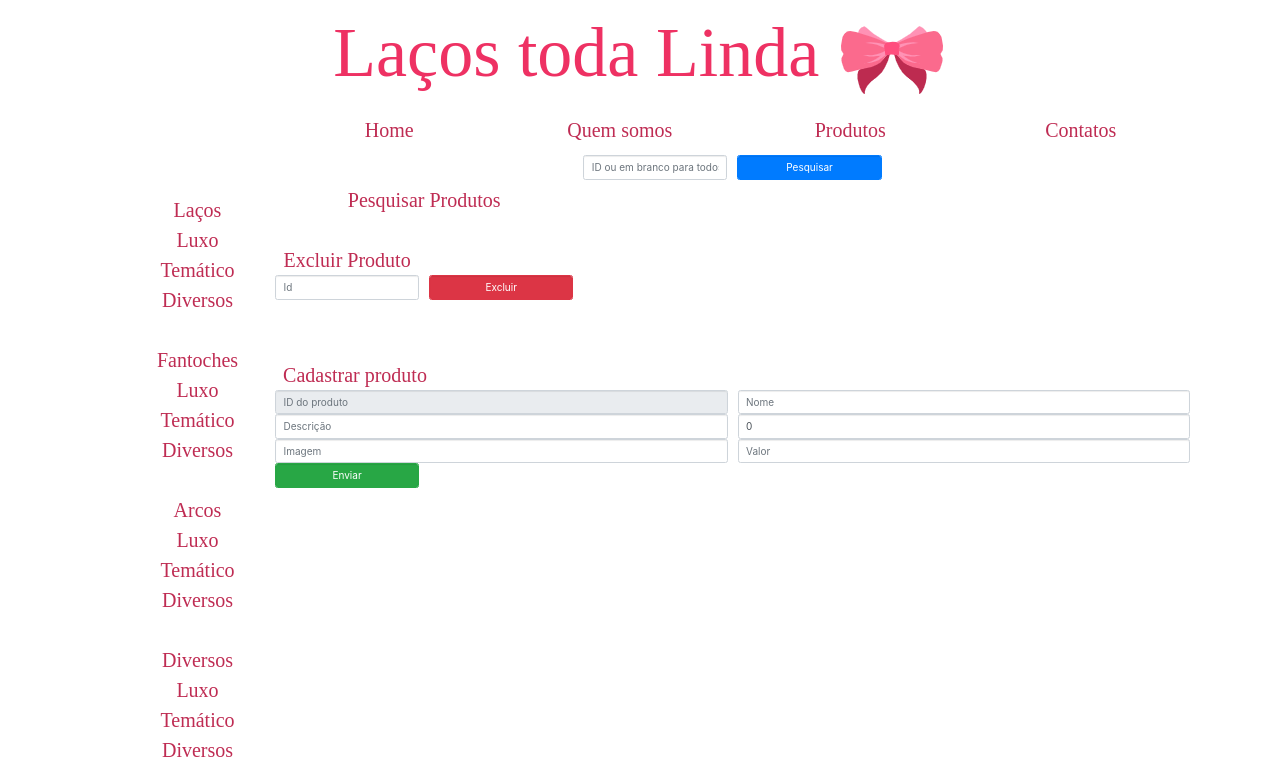
Repository: felipe-camilo/projin2
Page: http://localhost/projetointegrador/admin.jsp
An editor plug-in stored every save of this project. The page is shown before and after the next save, followed by the edit.
The browser window is 1280 px wide. The pictures show the whole page.
Some web fonts or font styles are not loaded; a fallback is used. The page is served by Tomcat 9.

Above is the page before, as saved 2022-03-30 01:48:54.

After the next save:
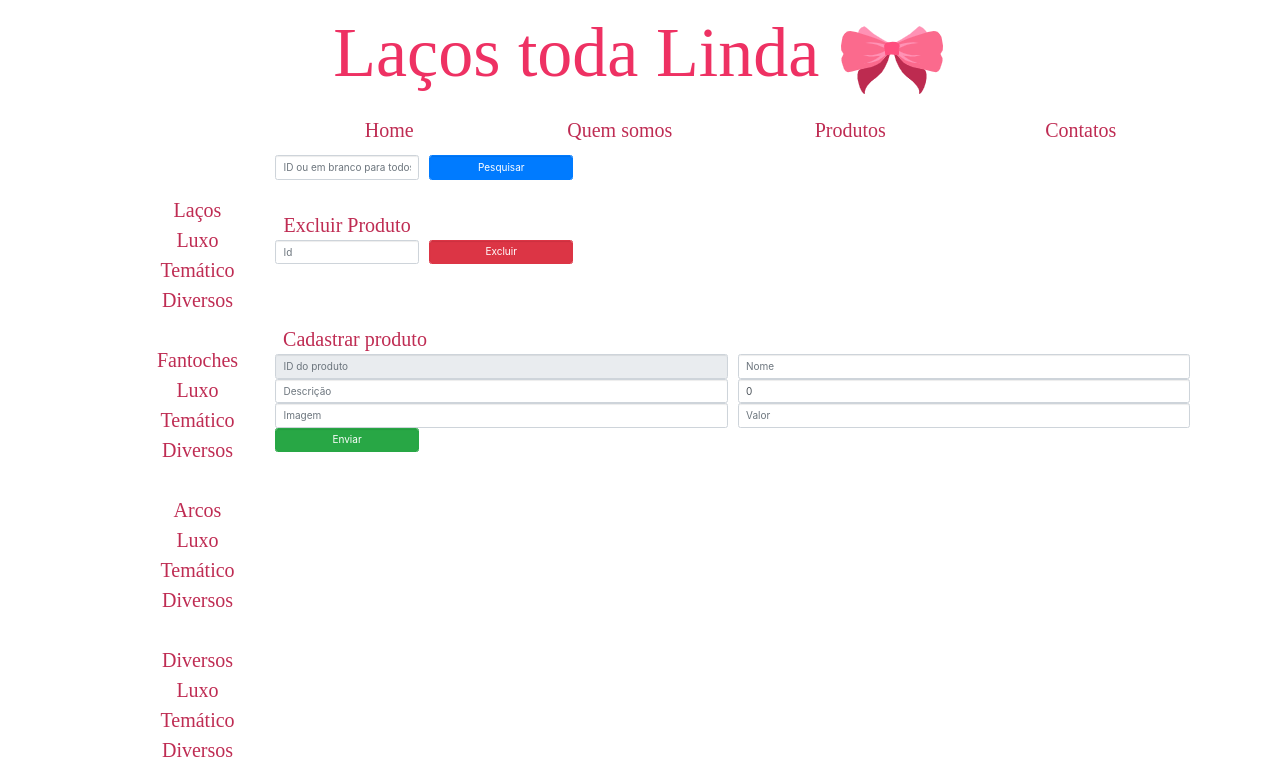
Saved 11 s later.
--- a/projetointegrador/src/main/webapp/admin.jsp
+++ b/projetointegrador/src/main/webapp/admin.jsp
@@ -155,7 +155,6 @@
 
 						</div>
 						<div class="form-row">
-						<div class="col-4 menu-lateral-categoria">Pesquisar	Produtos</div>
 							<div class="col-2">
 								<input type="text" class="form-control entrada"
 									placeholder="ID ou em branco para todos" name="pesquisa">
